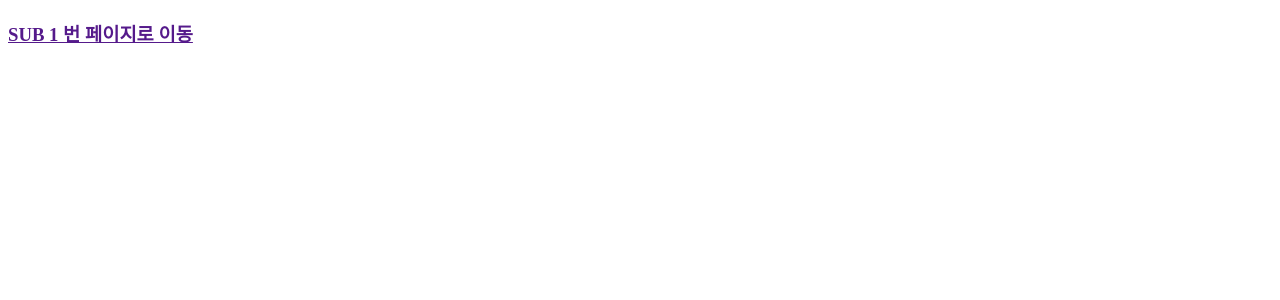
Repository: KimHeonSeung/TJE_HTML
Page: sources/day_01/WebContent/a_main.html
An editor plug-in stored every save of this project. The page is shown before and after the next save, followed by the edit.
The browser window is 1280 px wide. The pictures show the whole page.

Above is the page before, as saved 2019-05-10 03:57:43.

### sources/day_01/WebContent/a_main.html
<!DOCTYPE html>
<html>
<head>
<meta charset="UTF-8">
<title>메인 페이지</title>
</head>
<body>

	<h3><a href = "">SUB 1 번 페이지로 이동</a></h3>

</body>
</html>

After the next save:
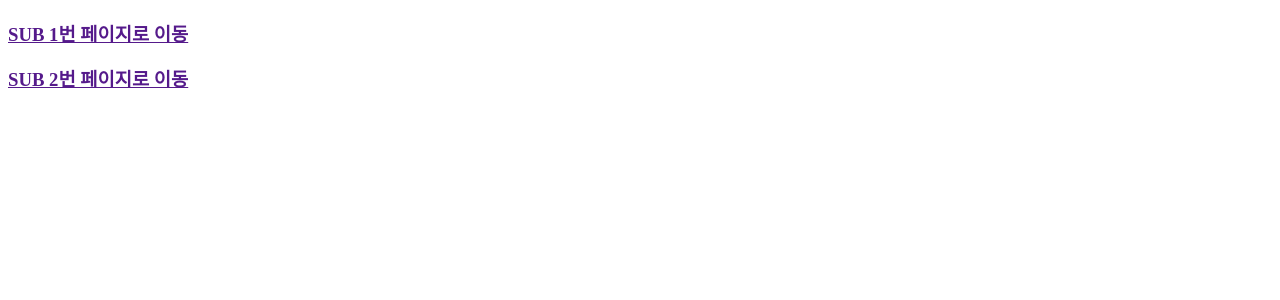
Saved 11 s later.
--- a/sources/day_01/WebContent/a_main.html
+++ b/sources/day_01/WebContent/a_main.html
@@ -6,7 +6,8 @@
 </head>
 <body>
 
-	<h3><a href = "">SUB 1 번 페이지로 이동</a></h3>
+	<h3><a href = "">SUB 1번 페이지로 이동</a></h3>
+	<h3><a href = "">SUB 2번 페이지로 이동</a></h3>
 
 </body>
 </html>
